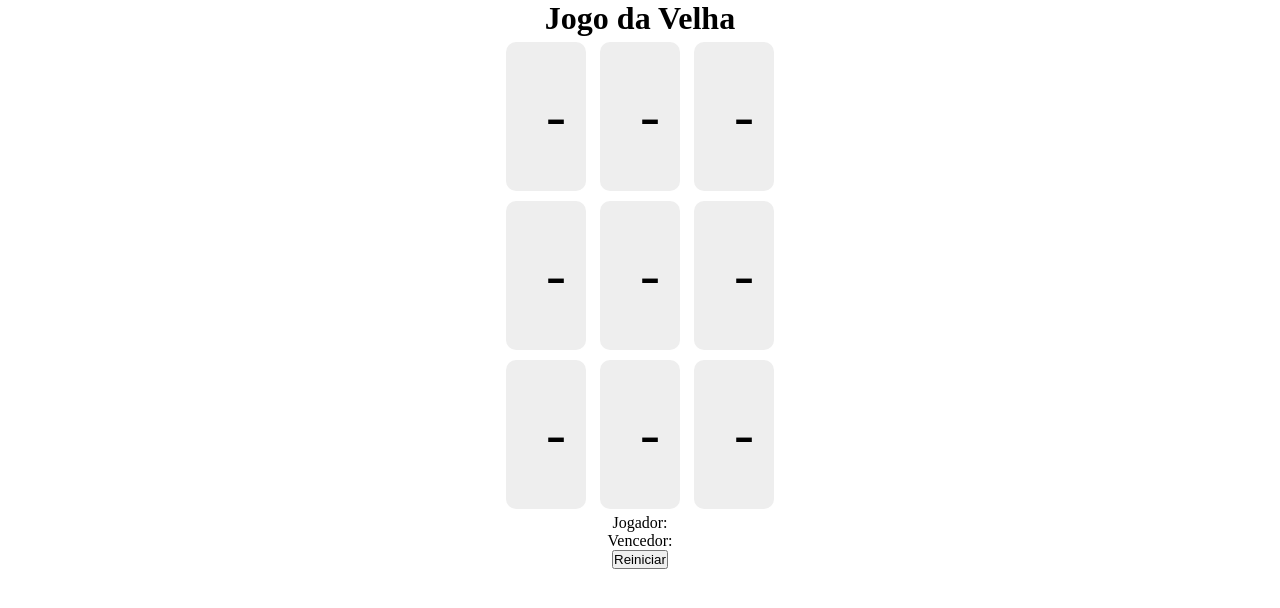
Repository: guilhermecardoso93/jogodavelha
Page: index.html
These files come from the project's save history. The page is drawn as it stood at one moment and after the next save; the edit follows.
The browser window is 1280 px wide. The pictures show the whole page.

Above is the page before, as saved 2023-05-31 21:37:03.

### index.html
<!DOCTYPE html>
<html lang="pt-BR">
  <head>
    <meta charset="UTF-8">
    <meta http-equiv="X-UA-Compatible" content="IE=edge">
    <meta name="viewport" content="width=device-width, initial-scale=1.0">
    <link rel="stylesheet" href="styles.css">
    <title>Jogo da Velha</title>
  </head>
  <body>
    <main>
      <h1>Jogo da Velha</h1>
      <div>
        <div id="1" class="squad">-</div>
        <div id="2" class="squad">-</div>
        <div id="3" class="squad">-</div>
      </div>
      <div>
        <div id="4" class="squad">-</div>
        <div id="5" class="squad">-</div>
        <div id="6" class="squad">-</div>
      </div>
      <div>
        <div id="7" class="squad">-</div>
        <div id="8" class="squad">-</div>
        <div id="9" class="squad">-</div>
      </div>
      <div>
        <label>Jogador:</label>
        <label id="player"></label>
      </div>
      <div>
        <label>Vencedor:</label>
        <label id="winner"></label>
      </div>
      <div>
        <button type="button" id="reiniciarButton">Reiniciar</button>
      </div>
    </main>

  </body>
</html>

### styles.css
* {
  margin: 0;
  padding: 0;
  box-sizing: border-box;
}

body {

  text-align: center;
}


.squad {
  text-align: center;
  width: 50px;
  background-color: #eee;
  display: inline-block;
  padding: 40px;
  margin: 5px;
  font-size: 60px;
  cursor: pointer;
  border-radius: 10px;
}

After the next save:
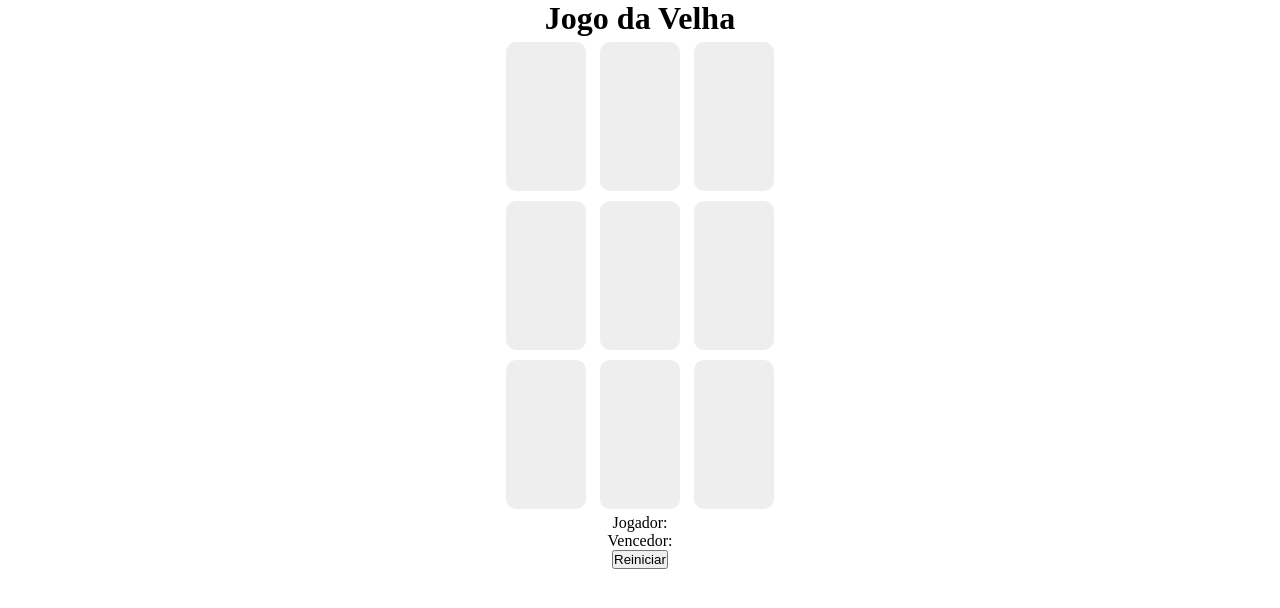
Saved 14 s later.
--- a/styles.css
+++ b/styles.css
@@ -5,15 +5,14 @@
 }
 
 body {
-
   text-align: center;
 }
-
 
 .squad {
   text-align: center;
   width: 50px;
   background-color: #eee;
+  color: #eee;
   display: inline-block;
   padding: 40px;
   margin: 5px;
